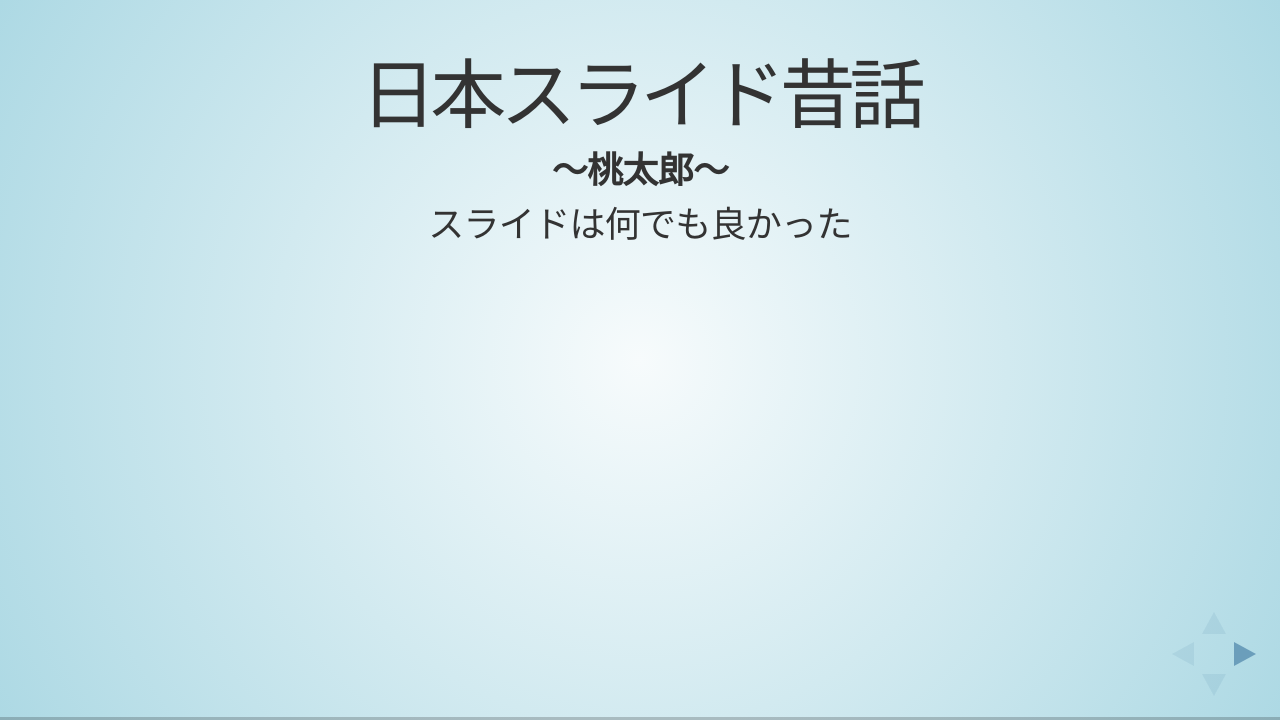
Repository: yanom/yanom-node
Page: client/index.html
The author's editor kept a record of every edit. The page is drawn from the files as they stood at one moment, then again after the next edit.
The browser window is 1280 px wide. The pictures show the whole page.

Above is the page before.

### client/index.html
<!DOCTYPE html>
<html lang="ja">

<head>
	<meta charset="utf-8">
	<title>桃太郎</title>

	<link rel="stylesheet" href="css/reveal.css">
	<link rel="stylesheet" href="css/theme/sky.css" id="theme">

	<!-- For syntax highlighting -->
	<link rel="stylesheet" href="lib/css/zenburn.css">

	<!-- If the query includes 'print-pdf', use the PDF print sheet -->
	<script>
		document.write( '<link rel="stylesheet" href="css/print/' + ( window.location.search.match( /print-pdf/gi ) ? 'pdf' : 'paper' ) + '.css" type="text/css" media="print">' );
	</script>
</head>

<body>

	<div class="reveal">

		<div class="slides">

			<section data-markdown>
        ## 日本スライド昔話

        **～桃太郎～**

        スライドは何でも良かった
			</section>

			<section data-markdown>
				### 序章～今は昔～

				むかしむかしあるところに
				おじいさんとおばあさんが
				暮らしていました。
			</section>

			<section data-markdown>
				### 第一章～日々の仕事～

				ある日おじいさんは山へ芝刈りに
				おばあさんは川へ洗濯へ行きました。

				おばあさんが川で洗濯をしていると
				川上から大きな桃が
				**どんぶらこ どんぶらこ**
				と流れてきました。

				もちろん持って帰りました。
			</section>

			<section data-markdown>
				### 第二章～子宝は突然に～

				老夫婦が桃を食べようと桃を切ってみると
				なんと！中から元気な赤ちゃんが出てきました。

				*「これはきっと、神様からの贈り物に違いない」*

				子供のいなかった老夫婦は大喜び。
				桃から生まれた男の子を
				**桃太郎**
				と名付けました。

				桃太郎はすくすくと育ち、
				やがて村一番の兵法者となりました。
			</section>

			<section data-markdown>
				## 終

				めでたし、めでたし。
			</section>

		</div>

	</div>

	<script src="lib/js/head.min.js"></script>
	<script src="js/reveal.min.js"></script>
	<script>

		// Full list of configuration options available here:
		// https://github.com/hakimel/reveal.js#configuration
		Reveal.initialize({
			controls: true,
			progress: true,
			history: true,

			theme: Reveal.getQueryHash().theme, // available themes are in /css/theme
			transition: Reveal.getQueryHash().transition || 'default', // default/cube/page/concave/zoom/linear/none

			// Optional libraries used to extend on reveal.js
			dependencies: [
				{ src: 'lib/js/classList.js', condition: function() { return !document.body.classList; } },
				{ src: 'plugin/markdown/showdown.js', condition: function() { return !!document.querySelector( '[data-markdown]' ); } },
				{ src: 'plugin/markdown/markdown.js', condition: function() { return !!document.querySelector( '[data-markdown]' ); } },
				{ src: 'plugin/highlight/highlight.js', async: true, callback: function() { hljs.initHighlightingOnLoad(); } },
				{ src: 'plugin/zoom-js/zoom.js', async: true, condition: function() { return !!document.body.classList; } },
				{ src: 'plugin/notes/notes.js', async: true, condition: function() { return !!document.body.classList; } }
			]
		});

	</script>

</body>

</html>

### client/css/theme/sky.css
@import url(http://fonts.googleapis.com/css?family=Quicksand:400,700,400italic,700italic);
@import url(http://fonts.googleapis.com/css?family=Open+Sans:400italic,700italic,400,700);
/**
 * Sky theme for reveal.js.
 *
 * Copyright (C) 2011-2012 Hakim El Hattab, http://hakim.se
 */
/*********************************************
 * GLOBAL STYLES
 *********************************************/
body {
  background: #add9e4;
  background: -moz-radial-gradient(center, circle cover, #f7fbfc 0%, #add9e4 100%);
  background: -webkit-gradient(radial, center center, 0px, center center, 100%, color-stop(0%, #f7fbfc), color-stop(100%, #add9e4));
  background: -webkit-radial-gradient(center, circle cover, #f7fbfc 0%, #add9e4 100%);
  background: -o-radial-gradient(center, circle cover, #f7fbfc 0%, #add9e4 100%);
  background: -ms-radial-gradient(center, circle cover, #f7fbfc 0%, #add9e4 100%);
  background: radial-gradient(center, circle cover, #f7fbfc 0%, #add9e4 100%);
  background-color: #f7fbfc;
}

.reveal {
  font-family: "Open Sans", sans-serif;
  font-size: 36px;
  font-weight: 200;
  letter-spacing: -0.02em;
  color: #333333;
}

::selection {
  color: white;
  background: #134674;
  text-shadow: none;
}

/*********************************************
 * HEADERS
 *********************************************/
.reveal h1,
.reveal h2,
.reveal h3,
.reveal h4,
.reveal h5,
.reveal h6 {
  margin: 0 0 20px 0;
  color: #333333;
  font-family: "Quicksand", sans-serif;
  line-height: 0.9em;
  letter-spacing: -0.08em;
  text-transform: uppercase;
  text-shadow: none;
}

.reveal h1 {
  text-shadow: 0px 0px 6px rgba(0, 0, 0, 0.2);
}

/*********************************************
 * LINKS
 *********************************************/
.reveal a:not(.image) {
  color: #3b759e;
  text-decoration: none;
  -webkit-transition: color .15s ease;
  -moz-transition: color .15s ease;
  -ms-transition: color .15s ease;
  -o-transition: color .15s ease;
  transition: color .15s ease;
}

.reveal a:not(.image):hover {
  color: #74a7cb;
  text-shadow: none;
  border: none;
}

.reveal .roll span:after {
  color: #fff;
  background: #264c66;
}

/*********************************************
 * IMAGES
 *********************************************/
.reveal section img {
  margin: 15px;
  background: rgba(255, 255, 255, 0.12);
  border: 4px solid #333333;
  box-shadow: 0 0 10px rgba(0, 0, 0, 0.15);
  -webkit-transition: all .2s linear;
  -moz-transition: all .2s linear;
  -ms-transition: all .2s linear;
  -o-transition: all .2s linear;
  transition: all .2s linear;
}

.reveal a:hover img {
  background: rgba(255, 255, 255, 0.2);
  border-color: #3b759e;
  box-shadow: 0 0 20px rgba(0, 0, 0, 0.55);
}

/*********************************************
 * NAVIGATION CONTROLS
 *********************************************/
.reveal .controls div.left,
.reveal .controls div.left.enabled {
  border-right-color: #3b759e;
}

.reveal .controls div.right,
.reveal .controls div.right.enabled {
  border-left-color: #3b759e;
}

.reveal .controls div.up,
.reveal .controls div.up.enabled {
  border-bottom-color: #3b759e;
}

.reveal .controls div.down,
.reveal .controls div.down.enabled {
  border-top-color: #3b759e;
}

.reveal .controls div.left.enabled:hover {
  border-right-color: #74a7cb;
}

.reveal .controls div.right.enabled:hover {
  border-left-color: #74a7cb;
}

.reveal .controls div.up.enabled:hover {
  border-bottom-color: #74a7cb;
}

.reveal .controls div.down.enabled:hover {
  border-top-color: #74a7cb;
}

/*********************************************
 * PROGRESS BAR
 *********************************************/
.reveal .progress {
  background: rgba(0, 0, 0, 0.2);
}

.reveal .progress span {
  background: #3b759e;
  -webkit-transition: width 800ms cubic-bezier(0.26, 0.86, 0.44, 0.985);
  -moz-transition: width 800ms cubic-bezier(0.26, 0.86, 0.44, 0.985);
  -ms-transition: width 800ms cubic-bezier(0.26, 0.86, 0.44, 0.985);
  -o-transition: width 800ms cubic-bezier(0.26, 0.86, 0.44, 0.985);
  transition: width 800ms cubic-bezier(0.26, 0.86, 0.44, 0.985);
}

### client/css/print/paper.css
/* Default Print Stylesheet Template
   by Rob Glazebrook of CSSnewbie.com
   Last Updated: June 4, 2008

   Feel free (nay, compelled) to edit, append, and
   manipulate this file as you see fit. */


/* SECTION 1: Set default width, margin, float, and
   background. This prevents elements from extending
   beyond the edge of the printed page, and prevents
   unnecessary background images from printing */
body {
	background: #fff;
	font-size: 13pt;
	width: auto;
	height: auto;
	border: 0;
	margin: 0 5%;
	padding: 0;
	float: none !important;
	overflow: visible;
}
html {
	background: #fff;
	width: auto;
	height: auto;
	overflow: visible;
}

/* SECTION 2: Remove any elements not needed in print.
   This would include navigation, ads, sidebars, etc. */
.nestedarrow,
.controls,
.reveal .progress,
.reveal.overview,
.fork-reveal,
.share-reveal,
.state-background {
	display: none !important;
}

/* SECTION 3: Set body font face, size, and color.
   Consider using a serif font for readability. */
body, p, td, li, div, a {
	font-size: 16pt!important;
	font-family: Georgia, "Times New Roman", Times, serif !important;
	color: #000;
}

/* SECTION 4: Set heading font face, sizes, and color.
   Diffrentiate your headings from your body text.
   Perhaps use a large sans-serif for distinction. */
h1,h2,h3,h4,h5,h6 {
	color: #000!important;
	height: auto;
	line-height: normal;
	font-family: Georgia, "Times New Roman", Times, serif !important;
	text-shadow: 0 0 0 #000 !important;
	text-align: left;
	letter-spacing: normal;
}
/* Need to reduce the size of the fonts for printing */
h1 { font-size: 26pt !important;  }
h2 { font-size: 22pt !important; }
h3 { font-size: 20pt !important; }
h4 { font-size: 20pt !important; font-variant: small-caps; }
h5 { font-size: 19pt !important; }
h6 { font-size: 18pt !important; font-style: italic; }

/* SECTION 5: Make hyperlinks more usable.
   Ensure links are underlined, and consider appending
   the URL to the end of the link for usability. */
a:link,
a:visited {
	color: #000 !important;
	font-weight: bold;
	text-decoration: underline;
}
/*
.reveal a:link:after,
.reveal a:visited:after {
	content: " (" attr(href) ") ";
	color: #222 !important;
	font-size: 90%;
}
*/


/* SECTION 6: more reveal.js specific additions by @skypanther */
ul, ol, div, p {
	visibility: visible;
	position: static;
	width: auto;
	height: auto;
	display: block;
	overflow: visible;
	margin: auto;
	text-align: left !important;
}
.reveal .slides {
	position: static;
	width: auto;
	height: auto;

	left: auto;
	top: auto;
	margin-left: auto;
	margin-top: auto;
	padding: auto;

	overflow: visible;
	display: block;

	text-align: center;
	-webkit-perspective: none;
	   -moz-perspective: none;
	    -ms-perspective: none;
	        perspective: none;

	-webkit-perspective-origin: 50% 50%; /* there isn't a none/auto value but 50-50 is the default */
	   -moz-perspective-origin: 50% 50%;
	    -ms-perspective-origin: 50% 50%;
	        perspective-origin: 50% 50%;
}
.reveal .slides>section,
.reveal .slides>section>section {

	visibility: visible !important;
	position: static !important;
	width: 90% !important;
	height: auto !important;
	display: block !important;
	overflow: visible !important;

	left: 0% !important;
	top: 0% !important;
	margin-left: 0px !important;
	margin-top: 0px !important;
	padding: 20px 0px !important;

	opacity: 1 !important;

	-webkit-transform-style: flat !important;
	   -moz-transform-style: flat !important;
	    -ms-transform-style: flat !important;
	        transform-style: flat !important;

	-webkit-transform: none !important;
	   -moz-transform: none !important;
	    -ms-transform: none !important;
	        transform: none !important;
}
.reveal section {
	page-break-after: always !important;
	display: block !important;
}
.reveal section.stack {
	page-break-after: avoid !important;
}
.reveal section .fragment {
	opacity: 1 !important;
}
.reveal section:last-of-type {
	page-break-after: avoid !important;
}
.reveal section img {
	display: block;
	margin: 15px 0px;
	background: rgba(255,255,255,1);
	border: 1px solid #666;
	box-shadow: none;
}

Loaded but not shown: client/lib/css/zenburn.css (common file); client/lib/js/head.min.js (library); client/js/reveal.min.js (library); client/plugin/markdown/showdown.js (library); client/plugin/highlight/highlight.js (library); client/plugin/zoom-js/zoom.js (library); client/plugin/notes/notes.js (98 lines, source omitted); client/plugin/markdown/markdown.js (32 lines, source omitted); client/css/reveal.css (1182 lines, source omitted)

After the next edit:
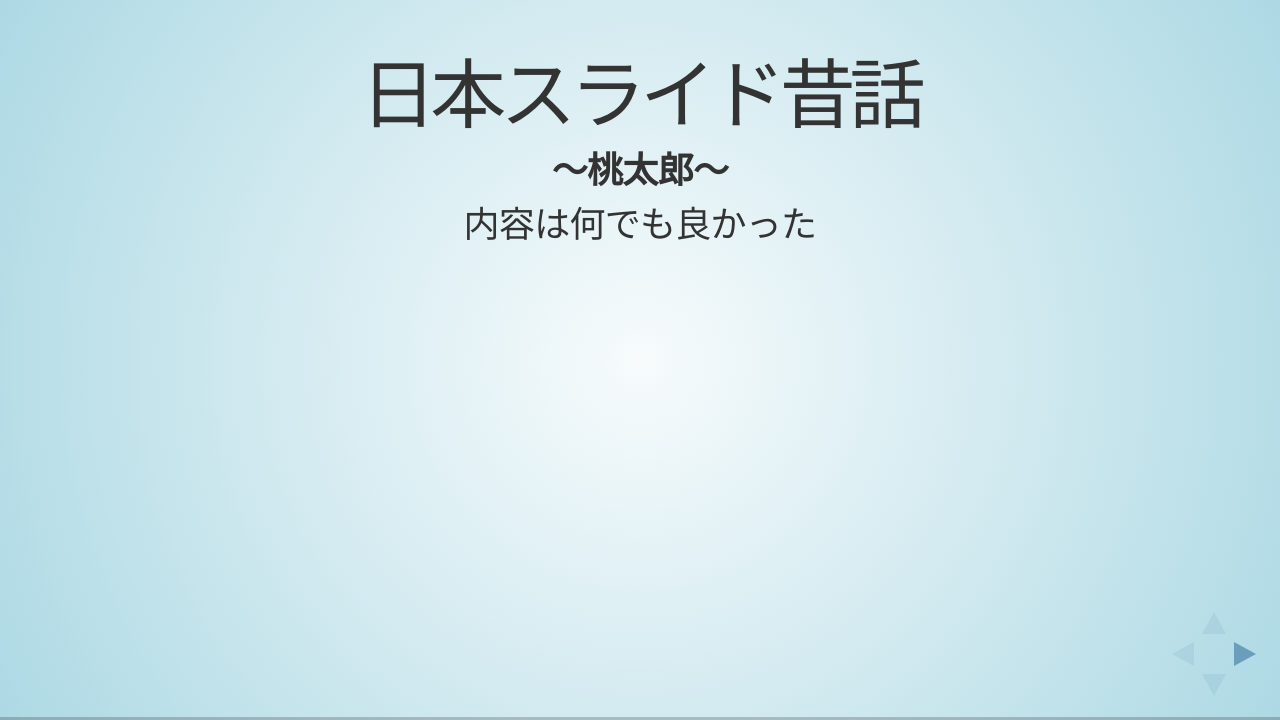
The edit:
--- a/client/index.html
+++ b/client/index.html
@@ -28,7 +28,7 @@
 
         **～桃太郎～**
 
-        スライドは何でも良かった
+        内容は何でも良かった
 			</section>
 
 			<section data-markdown>
